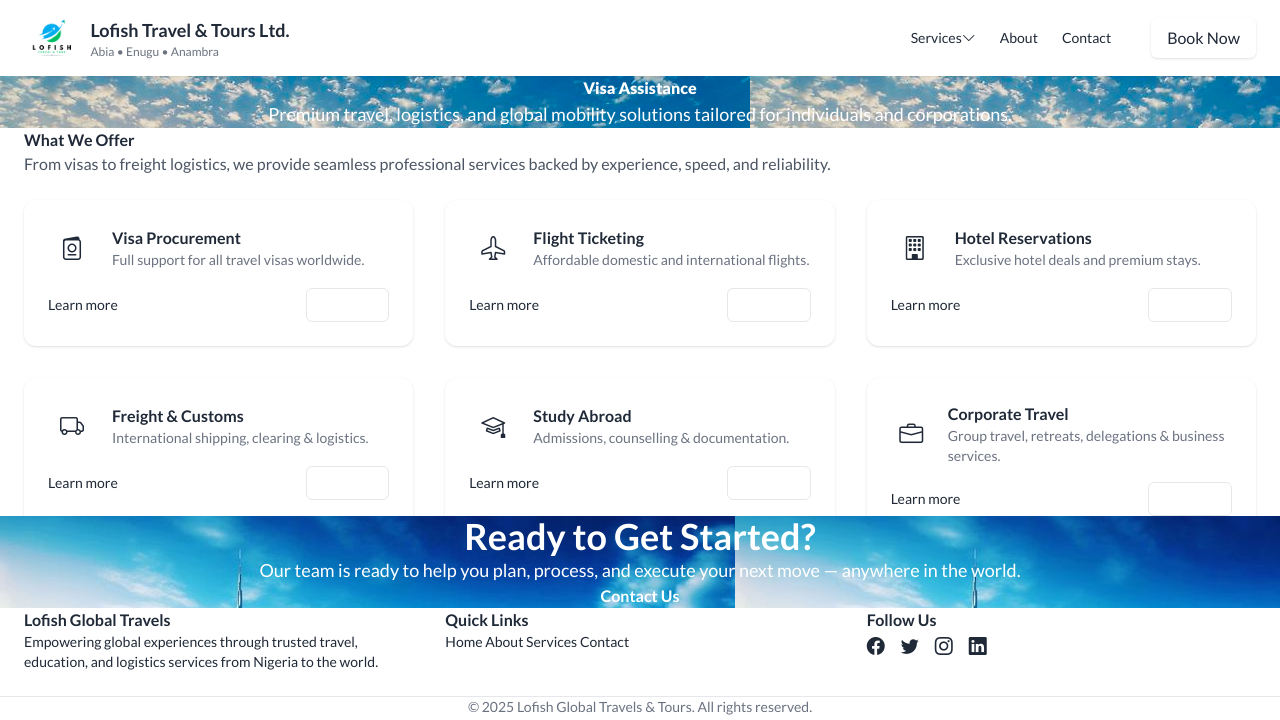
Repository: PhantomMiles/Lofish-Travels-and-Tours
Page: visa.html
These files come from the project's save history. The page is drawn as it stood at one moment and after the next save; the edit follows.
The browser window is 1280 px wide. The pictures show the whole page.

Above is the page before, as saved 2025-11-14 12:27:01.

After the next save:
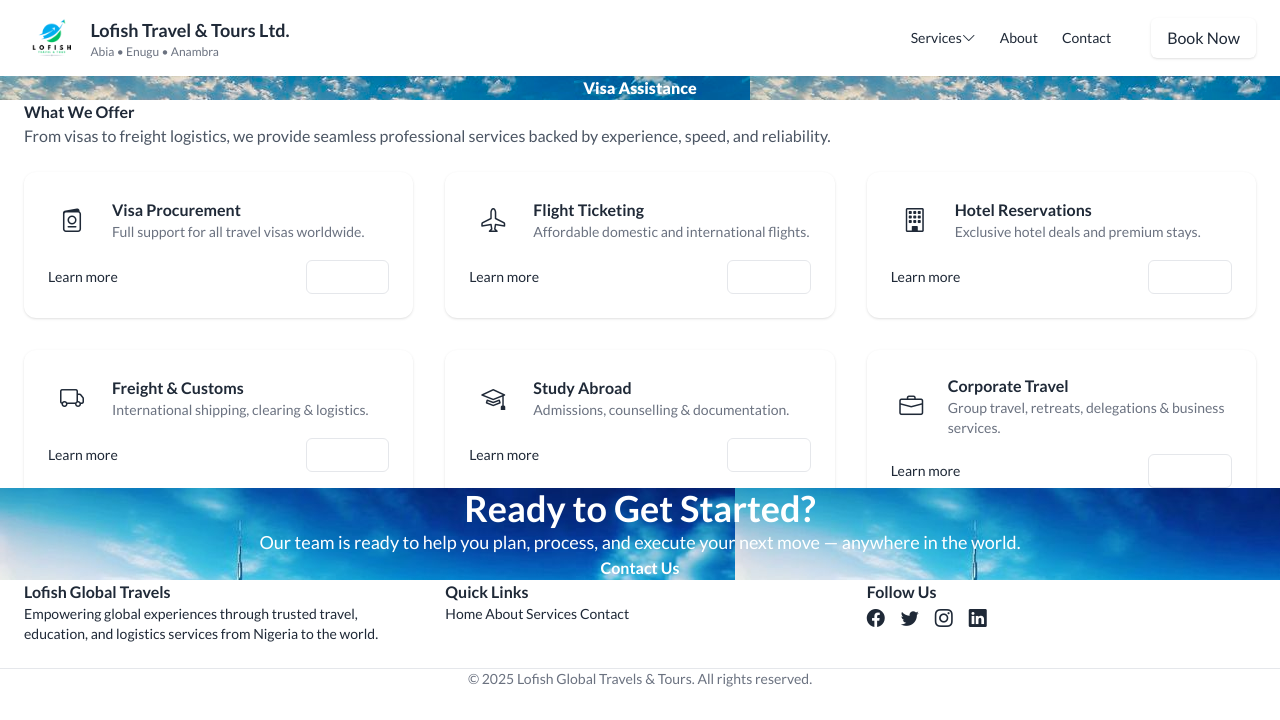
Saved 8 s later.
--- a/visa.html
+++ b/visa.html
@@ -107,9 +107,7 @@
     <div class="absolute inset-0 bg-black/50"></div>
     <div class="relative z-10 max-w-4xl px-6 mx-auto text-center text-white">
       <h1 class="mb-4 text-5xl font-extrabold">Visa Assistance</h1>
-      <p class="text-lg text-gray-200">
-        Premium travel, logistics, and global mobility solutions tailored for individuals and corporations.
-      </p>
+
     </div>
   </section>
 

After the save that followed:
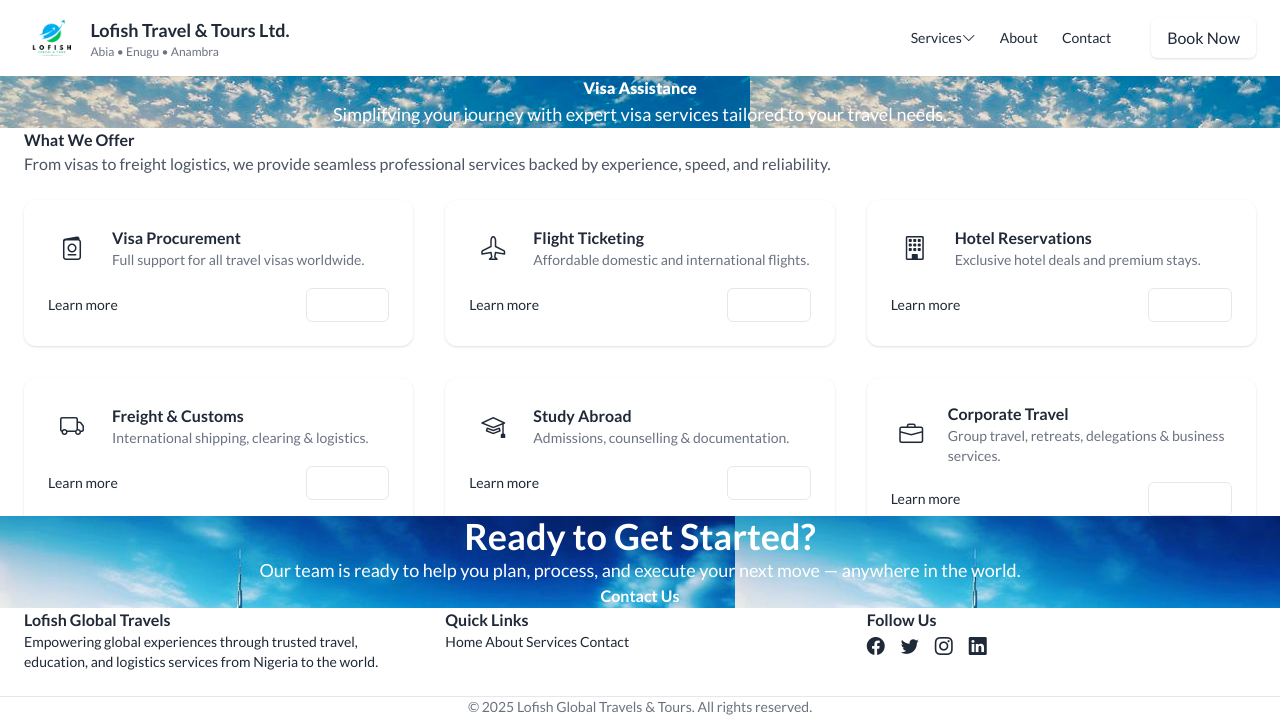
Saved 4 s later.
--- a/visa.html
+++ b/visa.html
@@ -107,7 +107,8 @@
     <div class="absolute inset-0 bg-black/50"></div>
     <div class="relative z-10 max-w-4xl px-6 mx-auto text-center text-white">
       <h1 class="mb-4 text-5xl font-extrabold">Visa Assistance</h1>
-
+        <p class="text-lg">
+            Simplifying your journey with expert visa services tailored to your travel needs.
     </div>
   </section>
 
